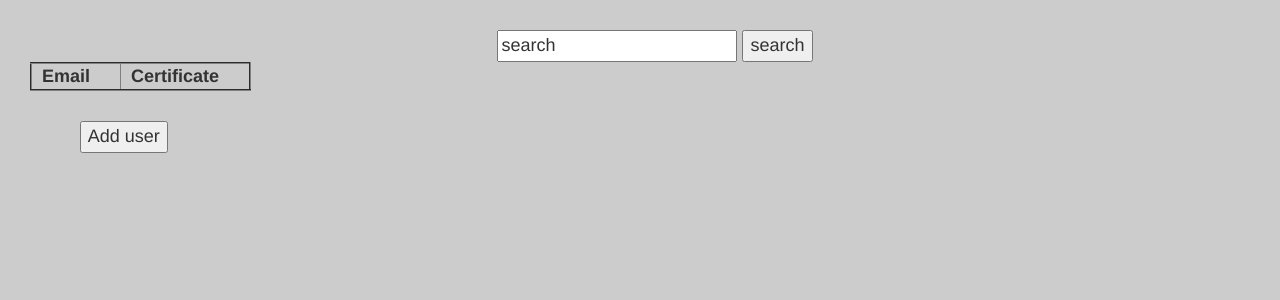
Repository: marijabroceta/ProjekatIB
Page: IB_Project_Shell/src/main/resources/static/main_page.html
The author's editor kept a copy of each file at every save. The page is drawn from the files as they stood at one save, then again after the next save.
The browser window is 1280 px wide. The pictures show the whole page.
The page's requests for data from a server got no answer.

Above is the page before, as saved 2018-06-30 22:25:00.

After the next save:
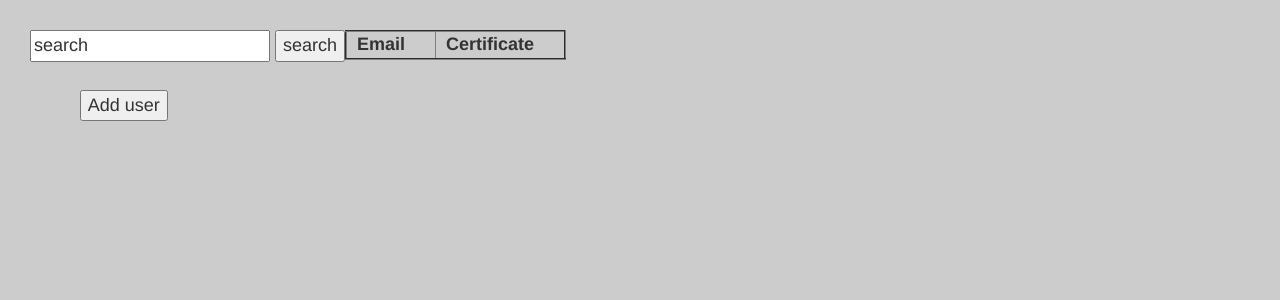
Saved 68 s later.
--- a/IB_Project_Shell/src/main/resources/static/css/main_page.css
+++ b/IB_Project_Shell/src/main/resources/static/css/main_page.css
@@ -53,6 +53,10 @@ width: 200px;
  	margin-bottom: 10px;
 }
 
+#search_div{
+	float:left;
+}
+
 label {
  text-align: right;
  width: 75px;
